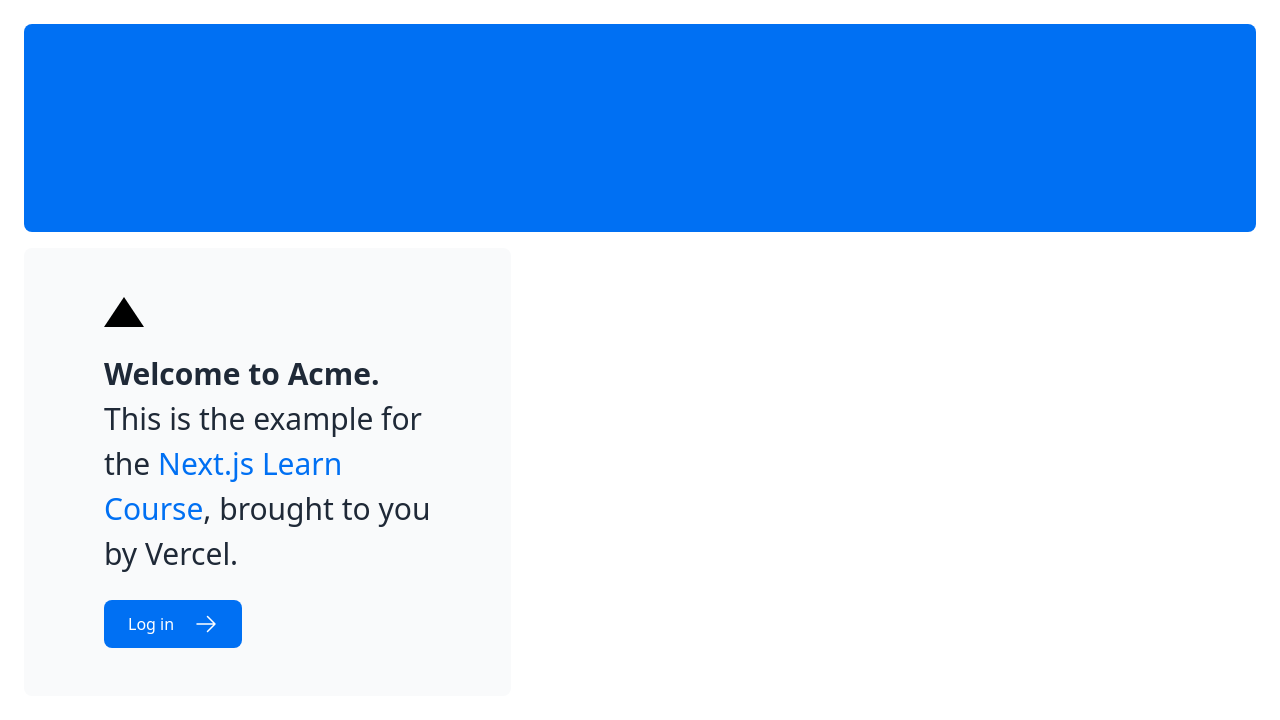
Repository: zhaoljgithub/nextjs-dashboard
Page: /
The author's editor kept a copy of each file at every save. The page is drawn from the files as they stood at one save, then again after the next save.
The browser window is 1280 px wide. The pictures show the whole page.
The project was rebuilt for these pictures with package versions that can differ from the ones it lists, and the page was loaded fresh each time. The framework's server and built-in components were replaced by stand-ins that run in the browser. Also part of the build but not shown: next.config.js.

Above is the page before, as saved 2024-04-09 17:17:27.

After the next save:
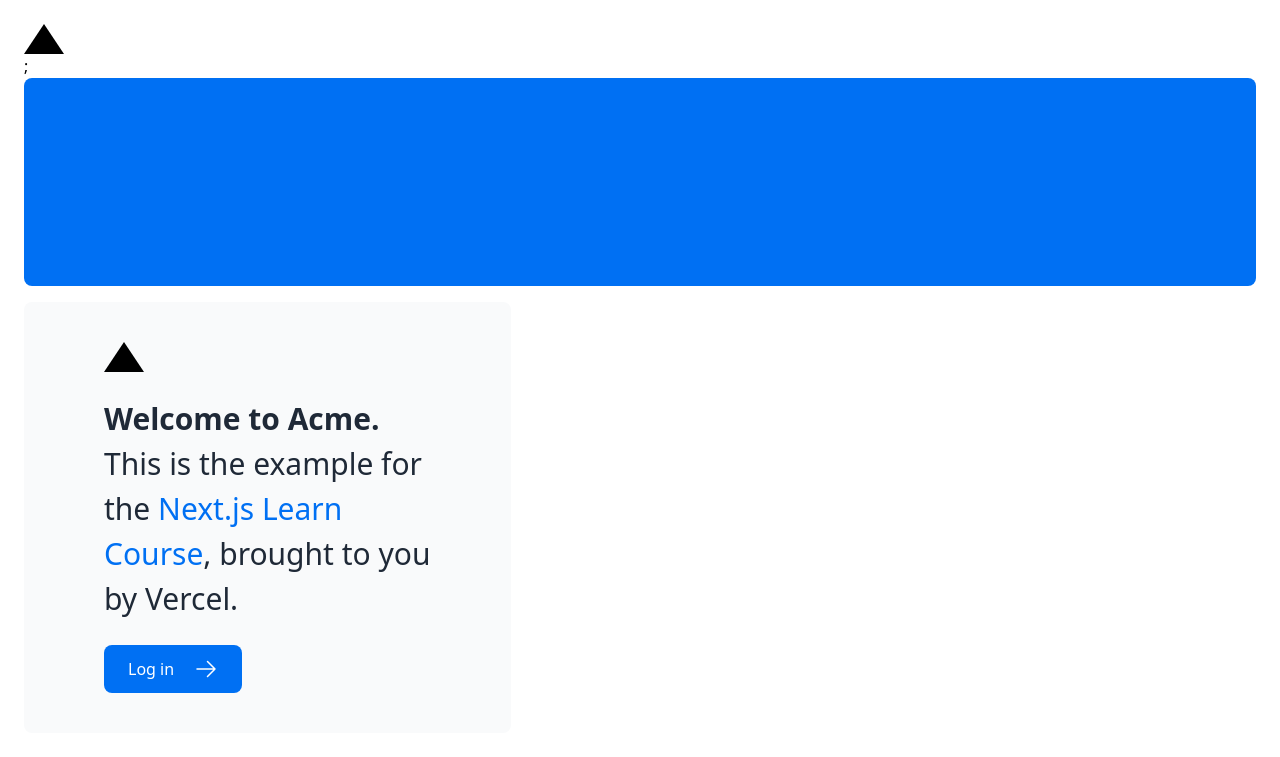
Saved 30 s later.
--- a/app/page.tsx
+++ b/app/page.tsx
@@ -1,10 +1,12 @@
 import AcmeLogo from '@/app/ui/acme-logo';
 import { ArrowRightIcon } from '@heroicons/react/24/outline';
 import Link from 'next/link';
+import styles from '@/app/ui/home.module.css';
 
 export default function Page() {
   return (
     <main className="flex min-h-screen flex-col p-6">
+      <div className={styles.shape} />;
 
       <div className="flex h-20 shrink-0 items-end rounded-lg bg-blue-500 p-4 md:h-52">
         {/* <AcmeLogo /> */}
